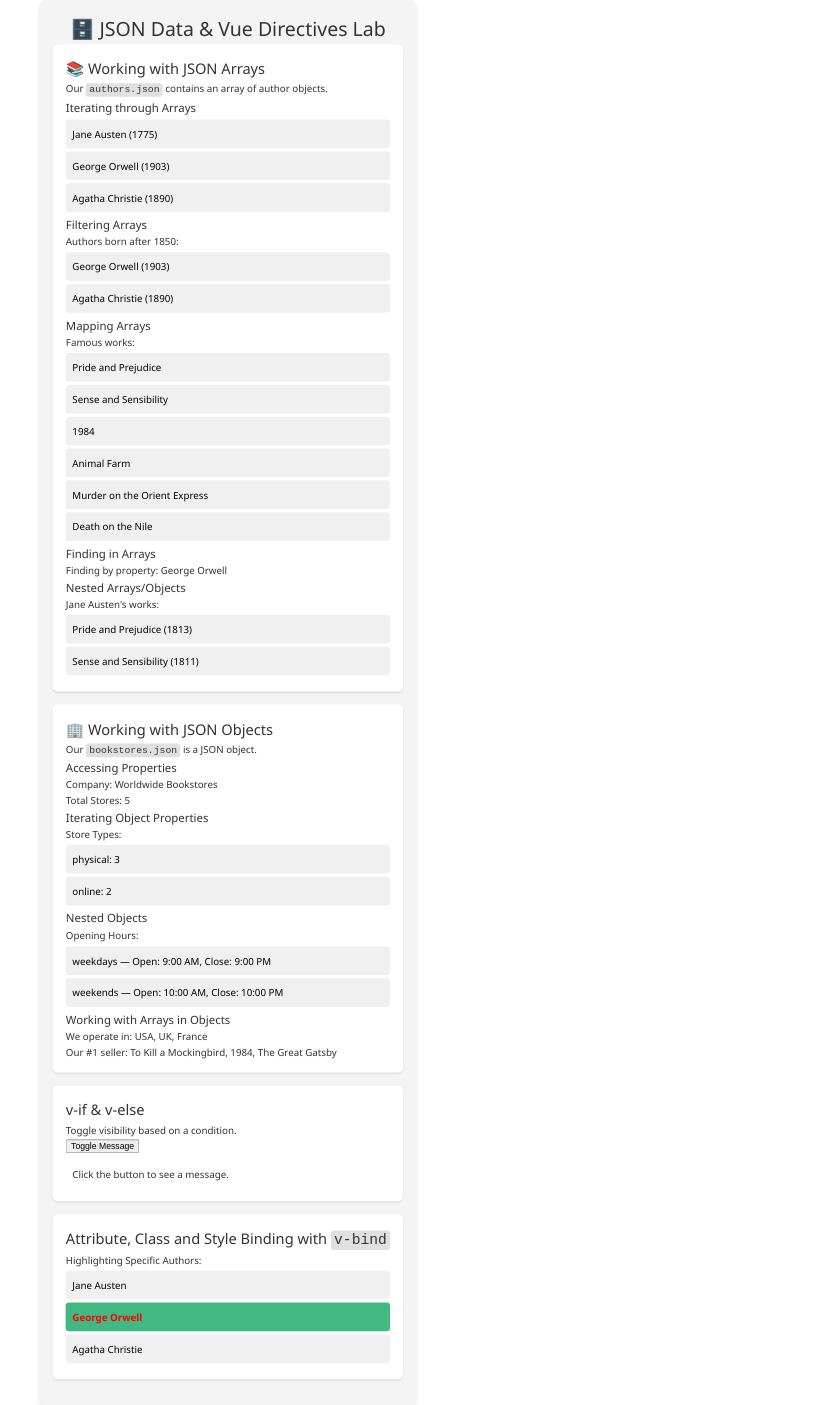
Repository: Andrew-JX/mji-library
Page: /
The author's editor kept a copy of each file at every save. The page is drawn from the files as they stood at one save, then again after the next save.
The browser window is 1280 px wide. The pictures show the whole page, at 65% of full size.
The project was rebuilt for these pictures with package versions that can differ from the ones it lists, and the page was loaded fresh each time. Also part of the build but not shown: vite.config.js.

Above is the page before, as saved 2025-08-11 22:51:49.

After the next save:
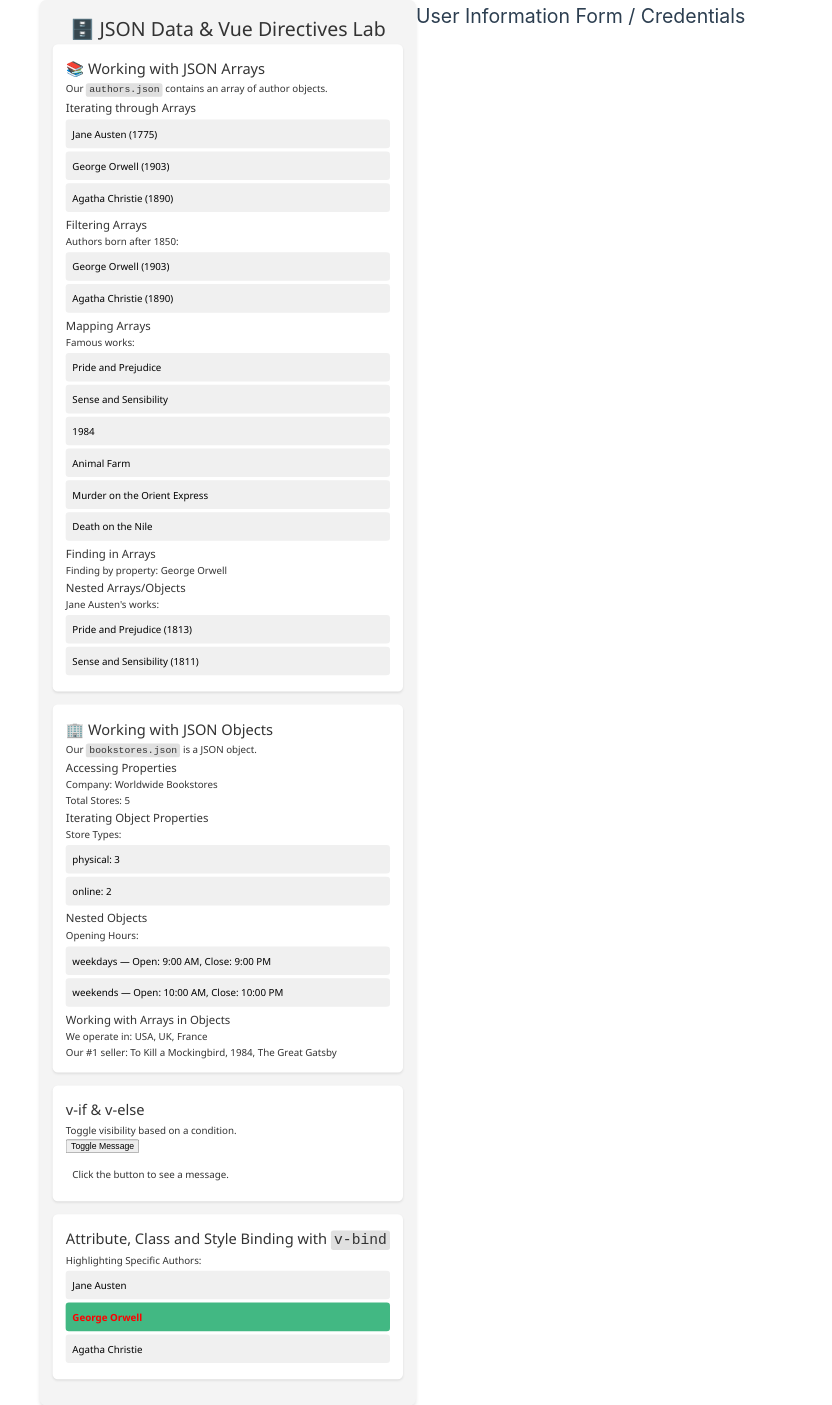
Saved 6 s later.
--- a/src/App.vue
+++ b/src/App.vue
@@ -1,5 +1,6 @@
 <script setup>
 import JSONView from "./components/JSON.vue";
+import Form from "./components/Form.vue";
 </script>
 
 <template>
